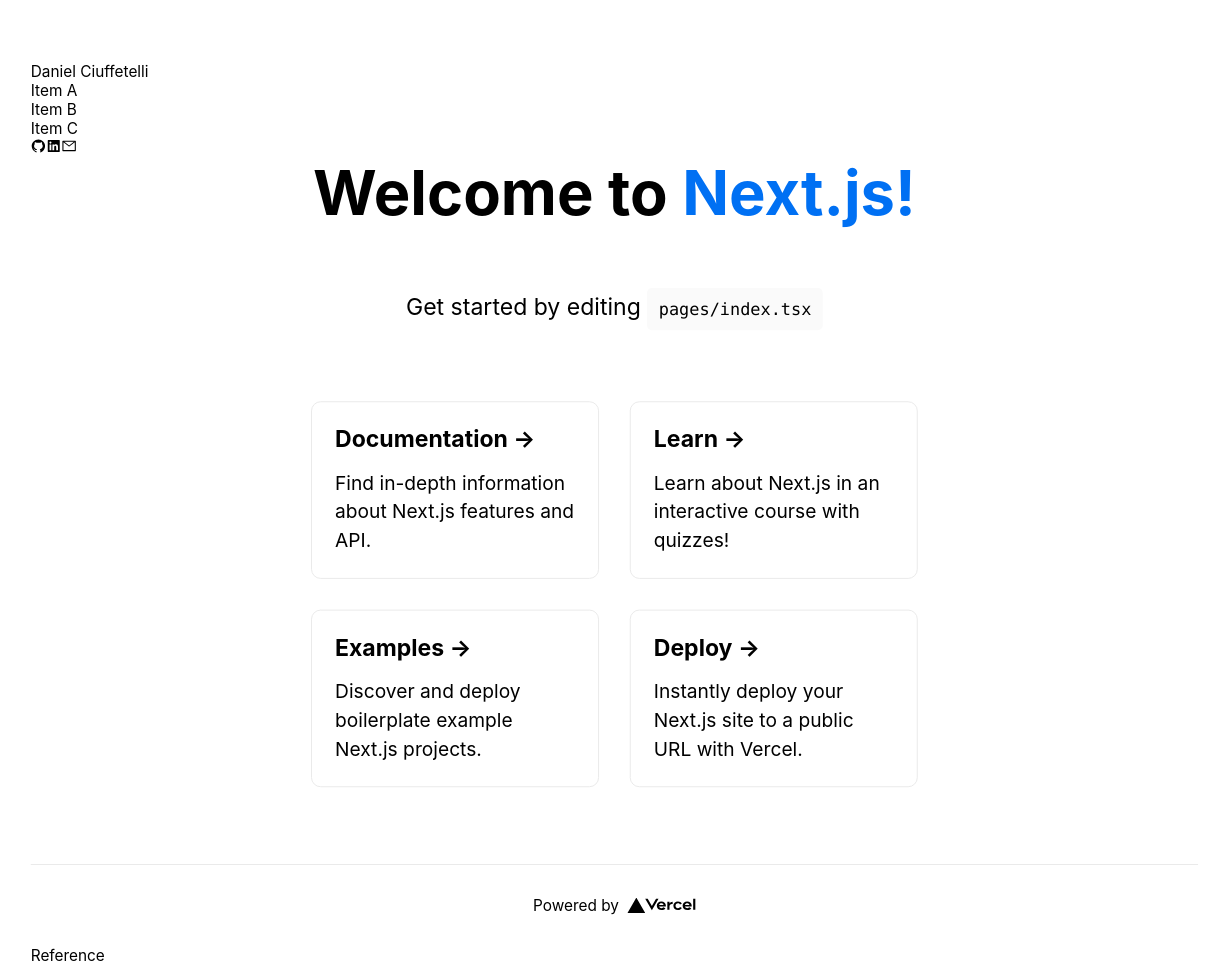
Repository: ciuffetelli/portfolio
Page: /
The author's editor kept a copy of each file at every save. The page is drawn from the files as they stood at one save, then again after the next save.
The browser window is 1280 px wide. The pictures show the whole page, at 96% of full size.
The project was rebuilt for these pictures with package versions that can differ from the ones it lists, and the page was loaded fresh each time. The framework's server and built-in components were replaced by stand-ins that run in the browser. Also part of the build but not shown: next.config.js.

Above is the page before, as saved 2022-12-04 13:31:44.

After the next save:
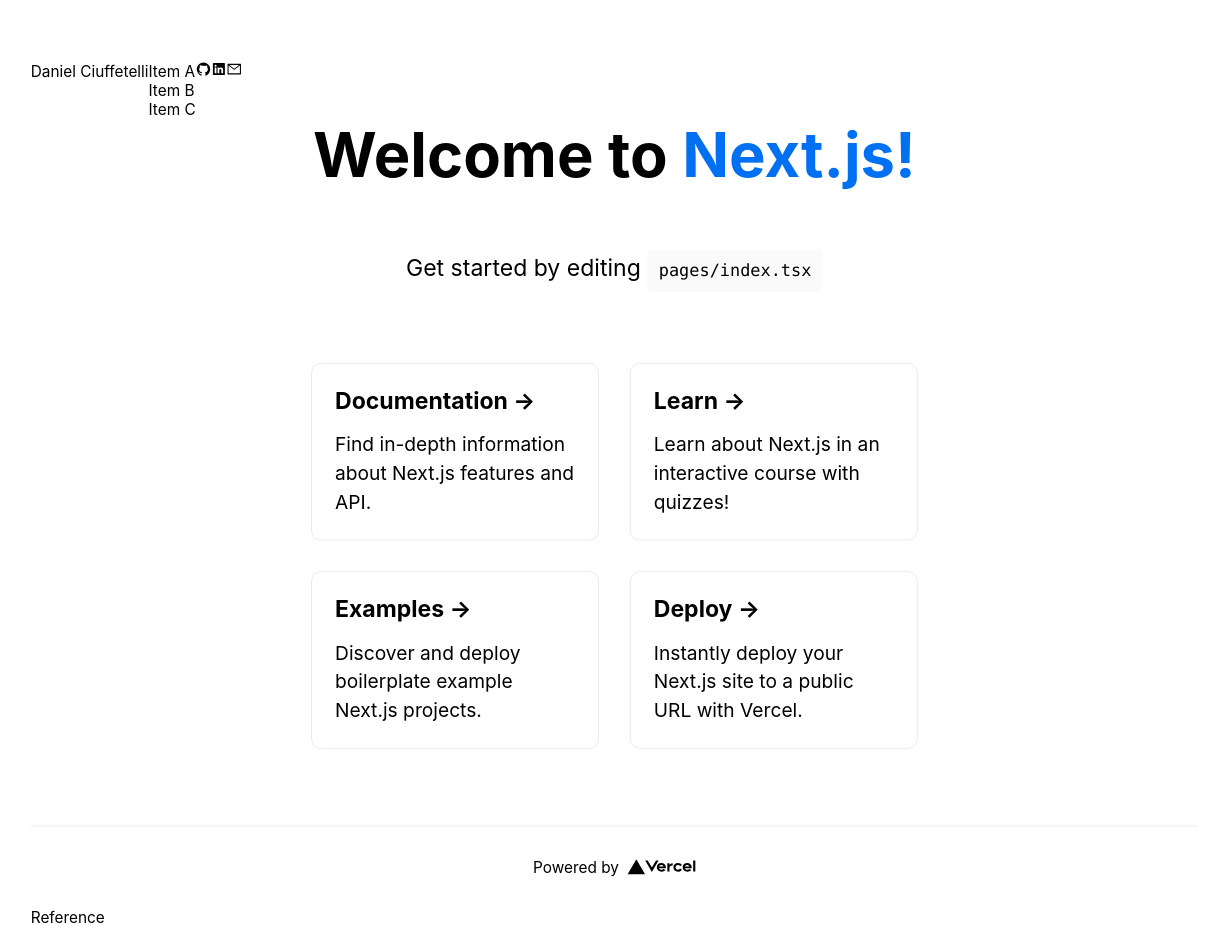
Saved 23 s later.
--- a/Components/Nav.tsx
+++ b/Components/Nav.tsx
@@ -22,6 +22,7 @@
 }
 
 const Container = styled.div`
+    display: inline-flexbox;
     width: 100%;
 `
 
